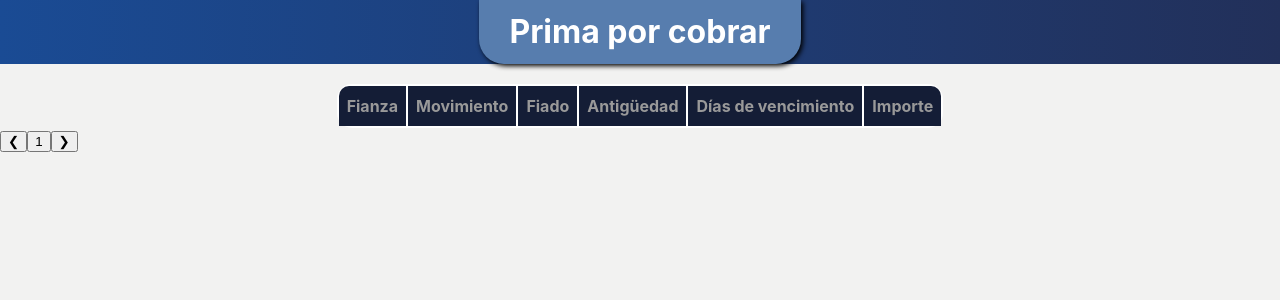
Repository: PCGP22/prueba-t-cnica-liberty-finanzas
Page: / (app in Prueba técnica full-stack/client/)
These files come from the project's save history. The page is drawn as it stood at one moment and after the next save; the edit follows.
The browser window is 1280 px wide. The pictures show the whole page.
The pointer rests on the first visible `table tr:nth-child(2n-1)`.
The page's requests for data from a server got no answer. The project was rebuilt for these pictures with package versions that can differ from the ones it lists, and the page was loaded fresh each time. No one was signed in, and anything a server would have sent is missing. Also part of the build but not shown: Prueba técnica full-stack/client/vite.config.js, Prueba técnica full-stack/client/src/components/Card.jsx, Prueba técnica full-stack/client/src/components/CardsContainer.jsx, Prueba técnica full-stack/client/src/components/Filters.jsx.

Above is the page before, as saved 2023-11-14 08:17:02.

After the next save:
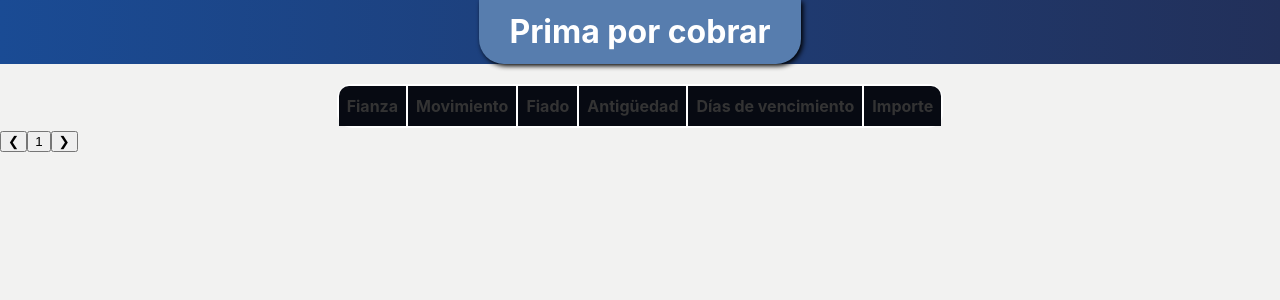
Saved 5 s later.
--- a/Prueba técnica full-stack/client/src/index.css
+++ b/Prueba técnica full-stack/client/src/index.css
@@ -163,5 +163,5 @@ table tr:nth-child(2n):hover{
 }
 table tr:nth-child(2n-1):hover{
   /* color:red; */
-  filter:brightness(60%)
+  filter:brightness(20%)
 }
